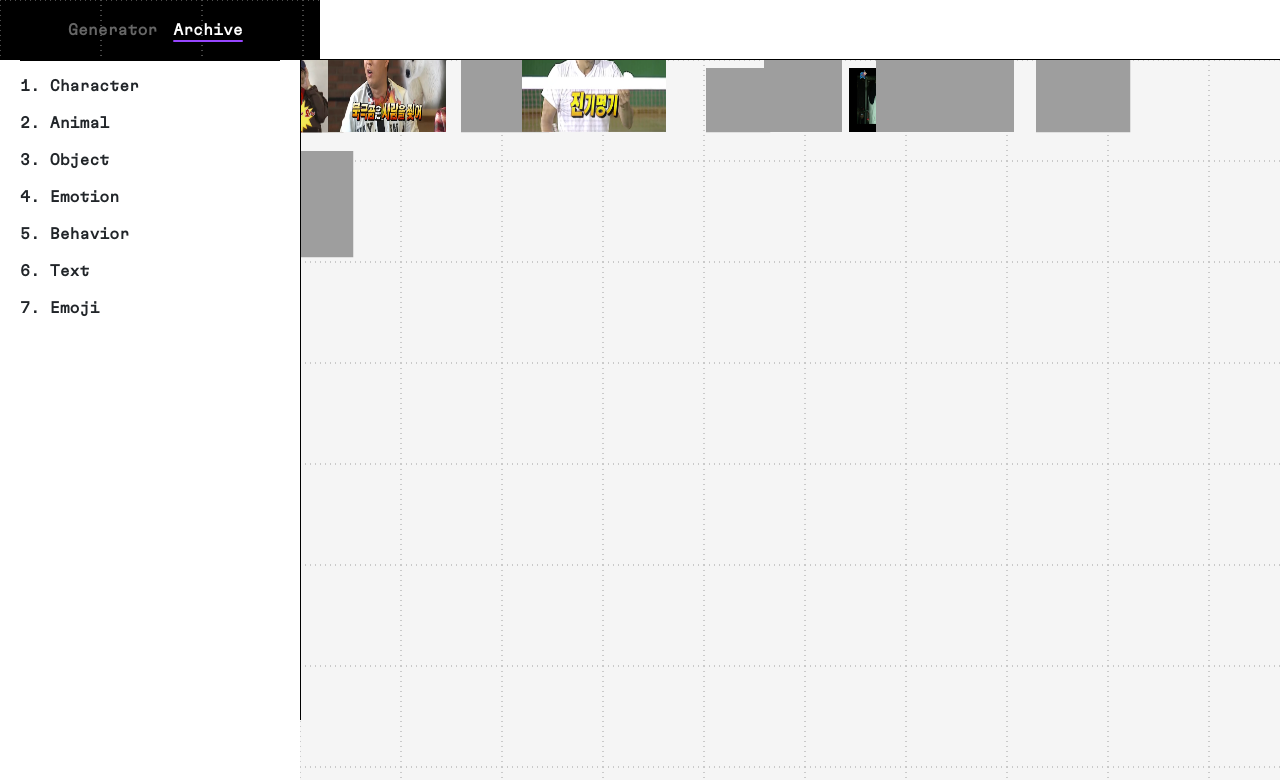
Repository: CastleBelll/project2
Page: /archive (app in job_app/)
The author's editor kept a copy of each file at every save. The page is drawn from the files as they stood at one save, then again after the next save.
The browser window is 1280 px wide. The pictures show the whole page.
Pictures or frames that could not be fetched are drawn as grey boxes. The project was rebuilt for these pictures with package versions that can differ from the ones it lists, and the page was loaded fresh each time. Also part of the build but not shown: job_app/src/Generator/Generator.js.

Above is the page before, as saved 2024-12-15 08:39:42.

After the next save:
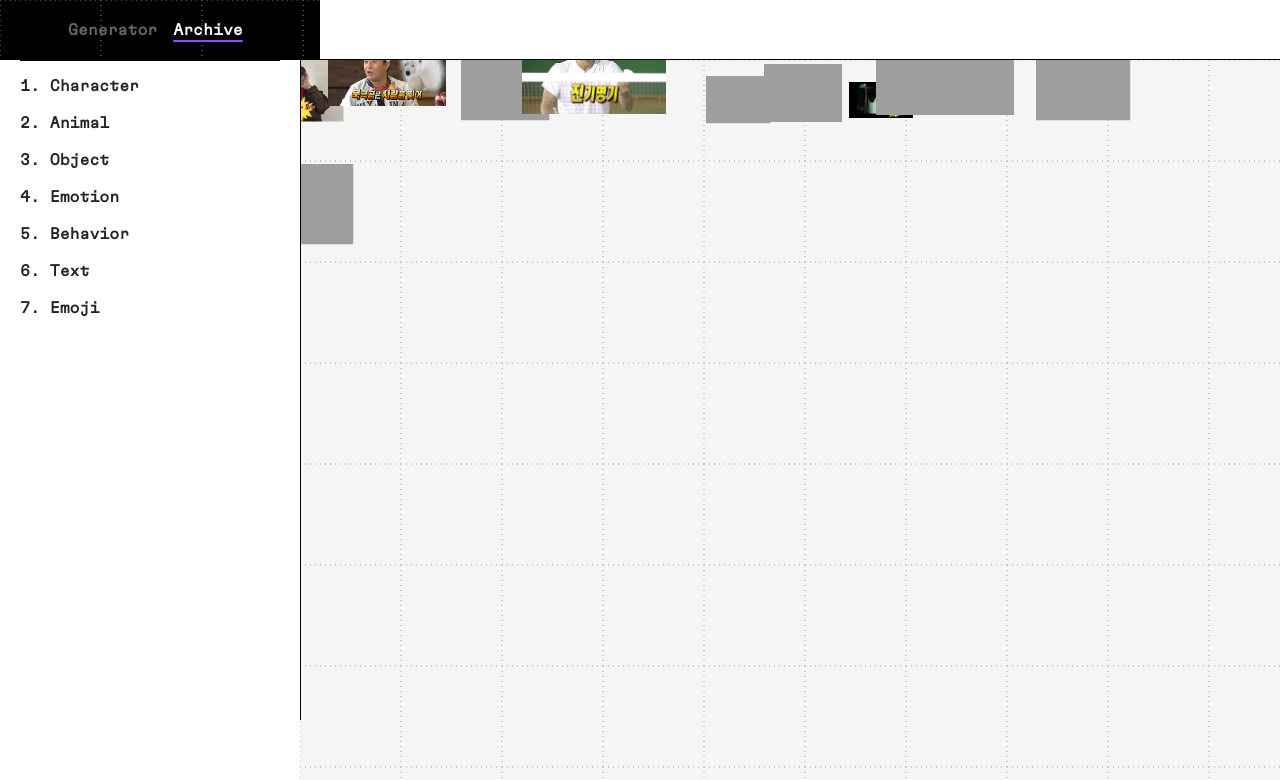
Saved 57 s later.
--- a/job_app/src/Archive/ArchiveMain.js
+++ b/job_app/src/Archive/ArchiveMain.js
@@ -14,6 +14,7 @@ const ArchiveMain = () => {
       img.src = `/images/${i}.png`; // public/images 폴더 내 1.png, 2.png 등의 파일
       img.alt = `Image ${i}`;
       img.className = "archive-image";
+      img.style.objectFit = "contain"; // 비율 유지
 
       // 랜덤 위치 지정 (부모 크기 기준)
       const randomX = Math.random() * 100; // 0% ~ 100%
